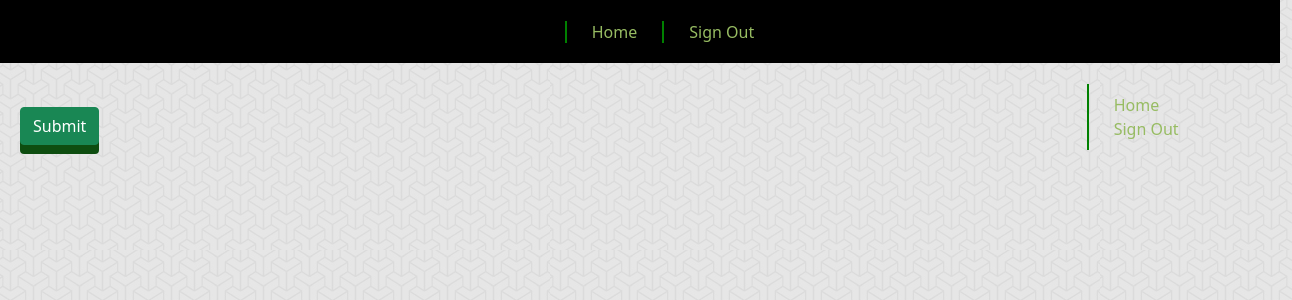
Repository: kavine24/CS490-Python-LMS
Page: html/portal/s/TakeQuiz.html
The author's editor kept a copy of each file at every save. The page is drawn from the files as they stood at one save, then again after the next save.
The browser window is 1280 px wide. The page is 1292 px wide, so the pictures cover 1292 px, including what lies to the right of the window. The pictures show the whole page.
The page's requests for data from a server got no answer.

Above is the page before, as saved 2022-04-20 18:38:47.

After the next save:
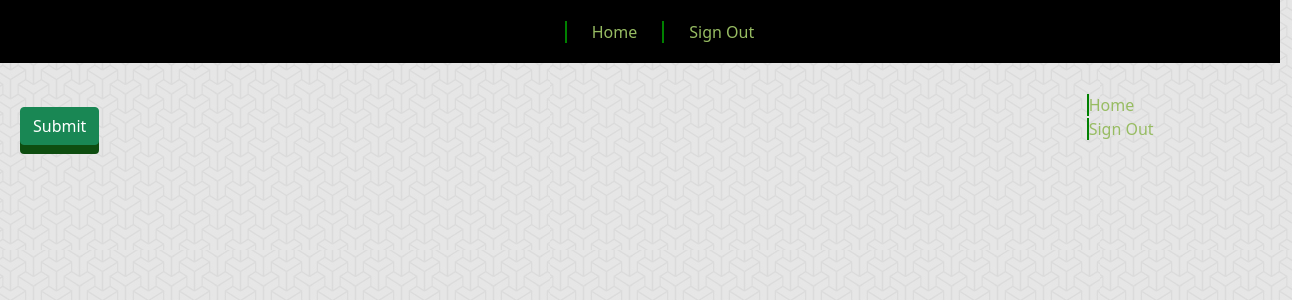
Saved 38 s later.
--- a/html/style.css
+++ b/html/style.css
@@ -139,7 +139,6 @@ body {
   text-decoration: none;
   border-left: 2px solid green;
   color: #97BC62FF;
-  padding: 10px 25px;
 }
 
 .legend li a:hover {
